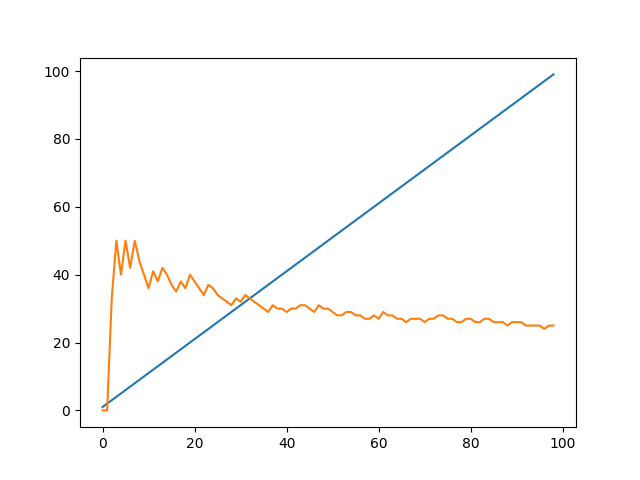
Repository: Vorztek/Data
Script's output: python Exercices_Python/Old_project/Maths_and_algorithms/Première_série_exo/génération_nombre_premiers.py
These files come from the project's save history. The script's output is drawn as it stood at one moment and after the next save; the edit follows.
Random numbers start from a fixed seed.

Above is the script's output before, as saved 2021-07-28 13:45:07.

After the next save:
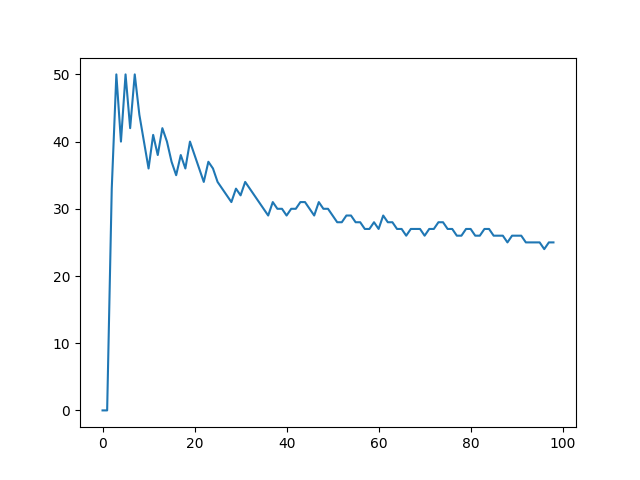
Saved 33 s later.
--- a/Exercices_Python/Old_project/Maths_and_algorithms/Première_série_exo/génération_nombre_premiers.py
+++ b/Exercices_Python/Old_project/Maths_and_algorithms/Première_série_exo/génération_nombre_premiers.py
@@ -18,7 +18,7 @@ def number_of_prime(n):
             compte += 1
     # Print("Entre 1 et {} il y a {} nombres premier".format(valeur, compte))
     pourcent = ((compte / n) *100)
-    return n, int(pourcent)
+    return int(pourcent)
 
 def courbe():
     global valeur
